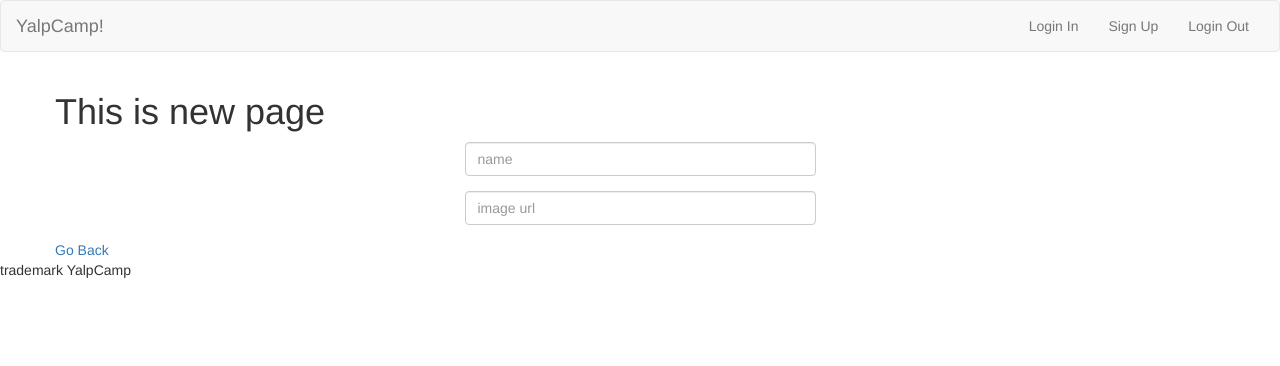
Repository: yli166/the-web-developer-bootcamp
Page: http://localhost/campgrounds/new
The author's editor kept a record of every edit. The page is drawn from the files as they stood at one moment, then again after the next edit.
The browser window is 1280 px wide. The pictures show the whole page.
The page is served by the project's Node server (yalpcamp/v1/app.js).

Above is the page before.

### nodejs/workspace/yalpcamp/v1/views/new.ejs
<% include partials/header %>
<div class='container'>
    <div class='row'>
        <h1> This is new page</h1>
        <div style="width:30%; margin:0 auto;">
        <form action= '/campgrounds' method= 'POST'>
            <div class='form-group'>
            <input class='form-control' type='text' name= 'name' placeholder='name'>
            </div>
            <div class='form-group'>
            <input class='form-control' type='text' name= 'image' placeholder='image url'>
            </div>
            <div class='form-group'>

            </div>
        </form>
        </div>
        <a href='/campgrounds'>Go Back</a>

    </div>
</div>
<% include partials/footer %>

### nodejs/workspace/yalpcamp/v1/views/partials/header.ejs
<!DOCTYPE html>
<html>
<head>
	<title>YalpCamp</title>
	<link rel='stylesheet' href= 'https://maxcdn.bootstrapcdn.com/bootstrap/3.3.7/css/bootstrap.min.css'>
</head>
<body>
<nav class='navbar navbar-default'>
    <div class='container-fluid'>
        <div class='navbar-header'>
            <a class='navbar-brand' href='/'>YalpCamp!</a>
        </div>
        <div class='collapse navbar-collapse'>
            <ul class='nav navbar-nav navbar-right'>
                <li><a href='/'>Login In</a></li>
                <li><a href='/'>Sign Up</a></li>
                <li><a href='/'>Login Out</a></li>
            </ul>
        </div>
    </div>
</nav>

### nodejs/workspace/yalpcamp/v1/views/partials/footer.ejs
<p>trademark YalpCamp</p>
</body>
</html>

### nodejs/workspace/yalpcamp/v1/app.js
var express = require('express');
var app = express();
var bodyPaser = require("body-parser");
// var mongoose = require('mongoose')


app.use(bodyPaser.urlencoded({extended: true}));
app.set('view engine','ejs')
app.get('/',function(req,res){
    res.render('landing')
});
var campgrounds = [
    {name:'wyt bill',image:'https://pixabay.com/get/ea36b70928f21c22d2524518b7444795ea76e5d004b0144394f2c17aa6edb2_340.jpg'},
    {name:'yifan li',image:'https://pixabay.com/get/eb3db8072cf2023ed1584d05fb1d4e97e07ee3d21cac104497f1c379a4ecb5bf_340.jpg'},
    {name:'bitong wang',image:'https://farm8.staticflickr.com/7682/17149736522_54ca6f8c76.jpg'},
    {name:'wyt bill',image:'https://pixabay.com/get/ea36b70928f21c22d2524518b7444795ea76e5d004b0144394f2c17aa6edb2_340.jpg'},
    {name:'yifan li',image:'https://pixabay.com/get/eb3db8072cf2023ed1584d05fb1d4e97e07ee3d21cac104497f1c379a4ecb5bf_340.jpg'},
    {name:'bitong wang',image:'https://farm8.staticflickr.com/7682/17149736522_54ca6f8c76.jpg'},
    {name:'wyt bill',image:'https://pixabay.com/get/ea36b70928f21c22d2524518b7444795ea76e5d004b0144394f2c17aa6edb2_340.jpg'},
    {name:'yifan li',image:'https://pixabay.com/get/eb3db8072cf2023ed1584d05fb1d4e97e07ee3d21cac104497f1c379a4ecb5bf_340.jpg'},
    {name:'bitong wang',image:'https://farm8.staticflickr.com/7682/17149736522_54ca6f8c76.jpg'},
    ]

app.get('/campgrounds',function(req,res){
    res.render('campgrounds',{campgrounds:campgrounds})
})

app.post('/campgrounds',function(req,res){
    var name= req.body.name;
    var image = req.body.image;
    var newCampground = {name: name, image: image}
    campgrounds.push(newCampground)

})

app.get('/campgrounds/new',function(req, res) {
    res.render('new')
})
// app.listen(process.env.PORT,process.env.IP,function(){
//     console.log('yelpcamp has started!')
// })
app.listen(3000)

After the next edit:
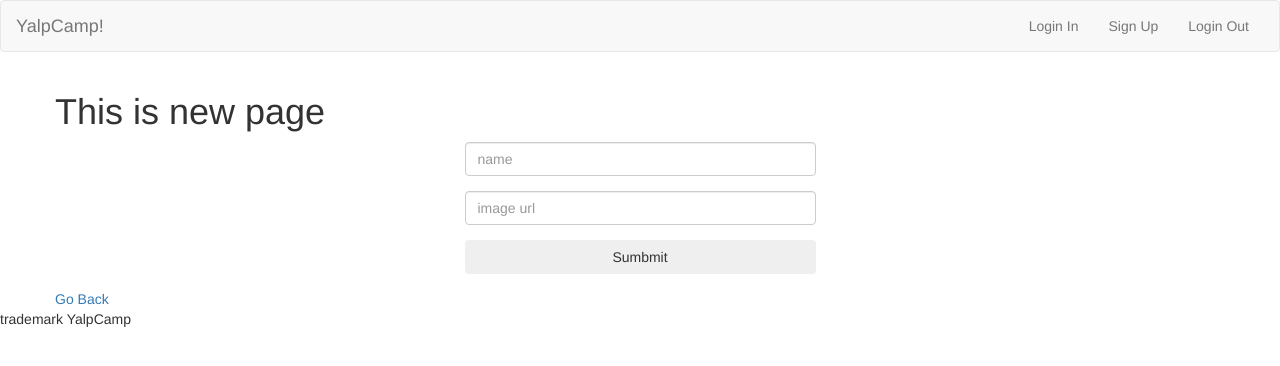
The edit:
--- a/nodejs/workspace/yalpcamp/v1/views/new.ejs
+++ b/nodejs/workspace/yalpcamp/v1/views/new.ejs
@@ -11,7 +11,7 @@
             <input class='form-control' type='text' name= 'image' placeholder='image url'>
             </div>
             <div class='form-group'>
-
+            <button class='btn btn-large btn-block'>Sumbmit</button>
             </div>
         </form>
         </div>
